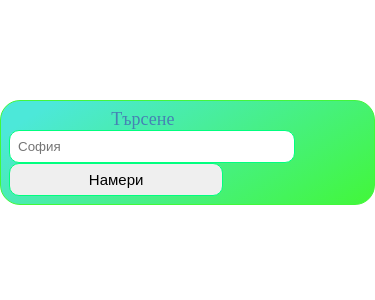
Repository: GeryZlatev/address-search
Page: /
These files come from the project's save history. The page is drawn as it stood at one moment and after the next save; the edit follows.
The browser window is 375 px wide. The pictures show the whole page.
The project was rebuilt for these pictures with package versions that can differ from the ones it lists, and the page was loaded fresh each time.

Above is the page before, as saved 2021-04-09 20:43:24.

### public/index.html
<!DOCTYPE html>
<html lang="en">
  <head>
    <meta charset="utf-8" />
    <link rel="icon" href="%PUBLIC_URL%/favicon.ico" />
    <meta name="viewport" content="width=device-width, initial-scale=1" />
    <meta name="viewport" content="width=device-width, initial-scale=1.0">
    <meta name="theme-color" content="#000000" />
    <meta
      name="description"
      content="Web site created using create-react-app"
    />
    <link rel="apple-touch-icon" href="%PUBLIC_URL%/logo192.png" />
    <!--
      manifest.json provides metadata used when your web app is installed on a
      user's mobile device or desktop. See https://developers.google.com/web/fundamentals/web-app-manifest/
    -->
    <link rel="manifest" href="%PUBLIC_URL%/manifest.json" />
    <!--
      Notice the use of %PUBLIC_URL% in the tags above.
      It will be replaced with the URL of the `public` folder during the build.
      Only files inside the `public` folder can be referenced from the HTML.

      Unlike "/favicon.ico" or "favicon.ico", "%PUBLIC_URL%/favicon.ico" will
      work correctly both with client-side routing and a non-root public URL.
      Learn how to configure a non-root public URL by running `npm run build`.
    -->
    <title>React App</title>
  </head>
  <body>
    <noscript>You need to enable JavaScript to run this app.</noscript>
    <div id="root"></div>
    <!--
      This HTML file is a template.
      If you open it directly in the browser, you will see an empty page.

      You can add webfonts, meta tags, or analytics to this file.
      The build step will place the bundled scripts into the <body> tag.

      To begin the development, run `npm start` or `yarn start`.
      To create a production bundle, use `npm run build` or `yarn build`.
    -->
  </body>
</html>

### src/index.css
body {
margin: 100px auto;
}

code {
  font-family: source-code-pro, Menlo, Monaco, Consolas, 'Courier New',
    monospace;
}

### src/App.js

import './App.css';
import SearchBar from './components/SearchBar';

function App() {
  return (
    <div className="App">
      <SearchBar/>
    </div>
  );
}

export default App;

### src/components/SearchBar/SearchBar.js
import style from './SearchBar.module.css';

const SearchBar = () => {

    return (
        <div className={style["searchbar-wrapper"]}>
            <form className={style["search-form"]}>
                <label htmlFor="search">
                    Търсене
                </label>
                    <input
                    type="text"
                    autoComplete="true"
                    placeholder="София"
                    name="search"
                    id="search"
                    />

                <input
                    type="submit"
                    value="Намери"
                />
            </form>
        </div>
    )

}

export default SearchBar;

### src/components/SearchBar/SearchBar.module.css
.searchbar-wrapper {
    max-width: 80%;
    margin: 40px auto;
    padding: 12px;
    /* display: flex;
    justify-content: space-between; */
    background: rgb(66,247,59);
    background: linear-gradient(148deg, rgba(66,247,59,1) 10%, rgba(76,232,217,1) 99%);
    border: 1px solid #42f73b;
    border-radius: 20px;

}

.search-form {
    max-width: 100%;
}

.search-form label {
    min-width: 600px;
    margin: 20px;
    font-size: large;
    font-weight: 400;
    cursor: pointer;
    color: steelblue;

}

.search-form input[type="text"] {
    min-width: 30%;
    width: 60%;
    min-height: 7%;
    margin-right: 20px;
    padding: 8px;
    outline:springgreen;
    border: 1px solid springgreen;
    border-radius: 10px;
}

.search-form input[type="submit"] {
    font-size: 15px;
    font-weight: 100;
    padding: 7px 16px;
    border: 1px solid springgreen;
    border-radius: 10px;
    cursor: pointer;
}

@media only screen and (max-width:620px) {
    .searchbar-wrapper {
    max-width: 90vh;
    padding: 8px;
    background: rgb(66,247,59);
    background: linear-gradient(148deg, rgba(76,232,217,1) 10%, rgba(66,247,59,1) 99%);
    }

    .search-form {
    max-width: 75%;
    /* display: flex;
    justify-content: space-between;
    align-items: center; */
}

.search-form input[type="text"] {
    width: 100%;
}

.search-form input[type="submit"]  {
    display: block;
    width: 80%;
}
}

Loaded but not shown: src/index.js (common file); src/reportWebVitals.js (common file); src/App.css (common file); src/components/SearchBar/index.js (common file)

After the next save:
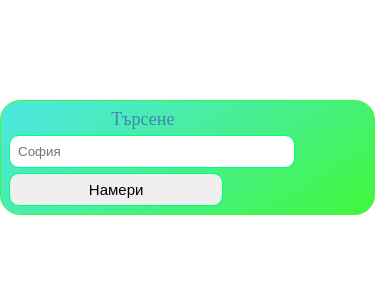
Saved 13 s later.
--- a/src/components/SearchBar/SearchBar.module.css
+++ b/src/components/SearchBar/SearchBar.module.css
@@ -62,6 +62,7 @@
 
 .search-form input[type="text"] {
     width: 100%;
+    margin: 5px auto;
 }
 
 .search-form input[type="submit"]  {
